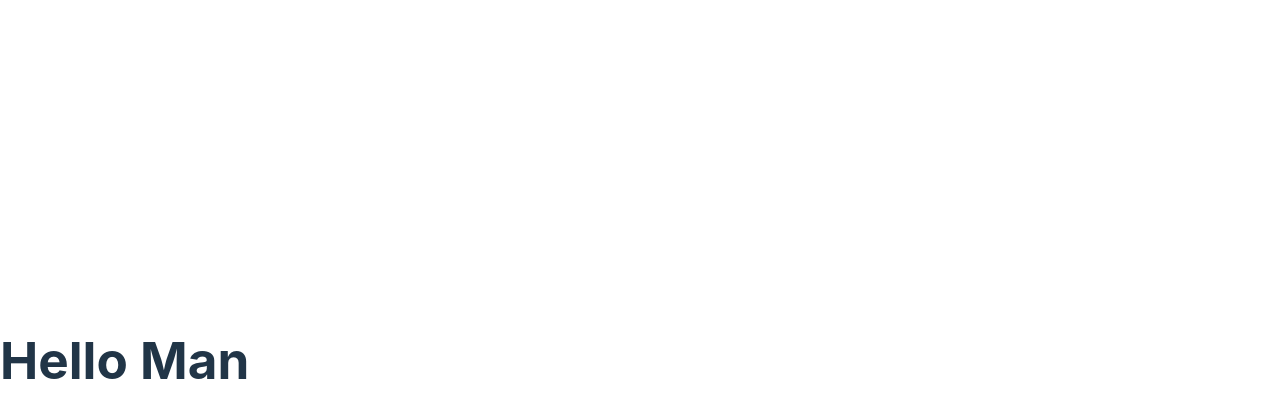
Repository: phuriput44/react-app
Page: /
The author's editor kept a copy of each file at every save. The page is drawn from the files as they stood at one save, then again after the next save.
The browser window is 1280 px wide. The pictures show the whole page.
The project was rebuilt for these pictures with package versions that can differ from the ones it lists, and the page was loaded fresh each time. Also part of the build but not shown: vite.config.ts.

Above is the page before, as saved 2024-04-09 16:48:12.

### src/App.tsx
import Message from "./Message";

function App() {
  return <div><Message></Message></div>
}

export default App;

### src/Message.tsx
function Message() {
    const name = "Man";
    if (name) {
        return <h1>Hello { name}</h1>
    }

    return <h1>Hello World</h1>;
}

export default Message;

Loaded but not shown: index.html (common file); src/main.tsx (common file); src/index.css (common file)

After the next save:
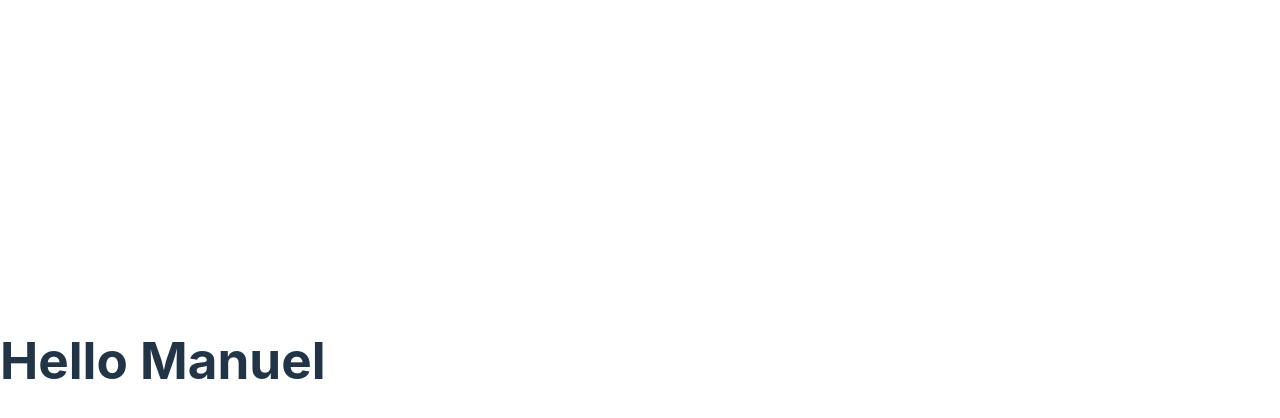
Saved 11 s later.
--- a/src/Message.tsx
+++ b/src/Message.tsx
@@ -1,5 +1,5 @@
 function Message() {
-    const name = "Man";
+    const name = "Manuel";
     if (name) {
         return <h1>Hello { name}</h1>
     }
